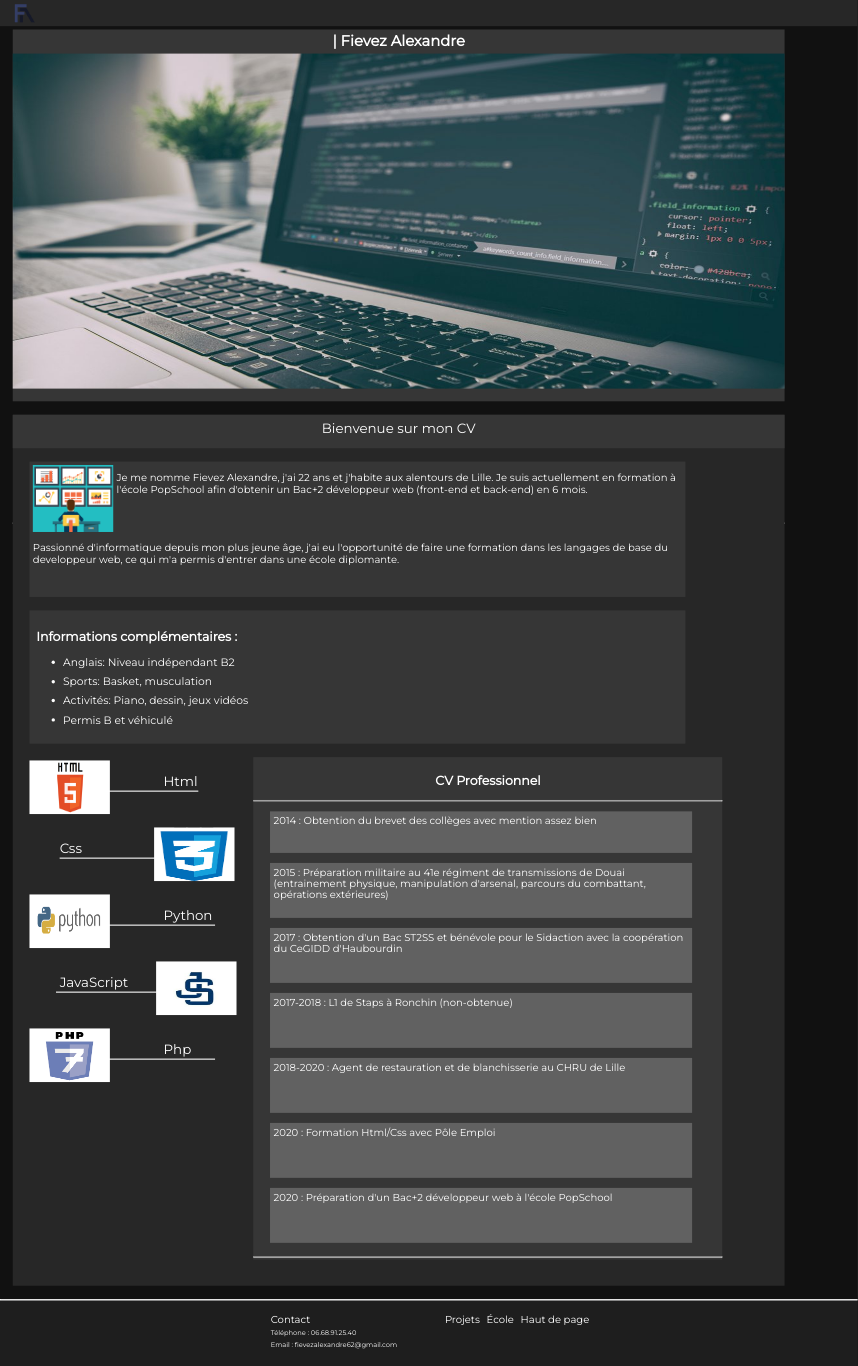
Repository: FvAlex/Cv
Page: index.html
The author's editor kept a copy of each file at every save. The page is drawn from the files as they stood at one save, then again after the next save.
The browser window is 1280 px wide. The pictures show the whole page, at 67% of full size.

Above is the page before, as saved 2021-02-21 13:58:03.

After the next save:
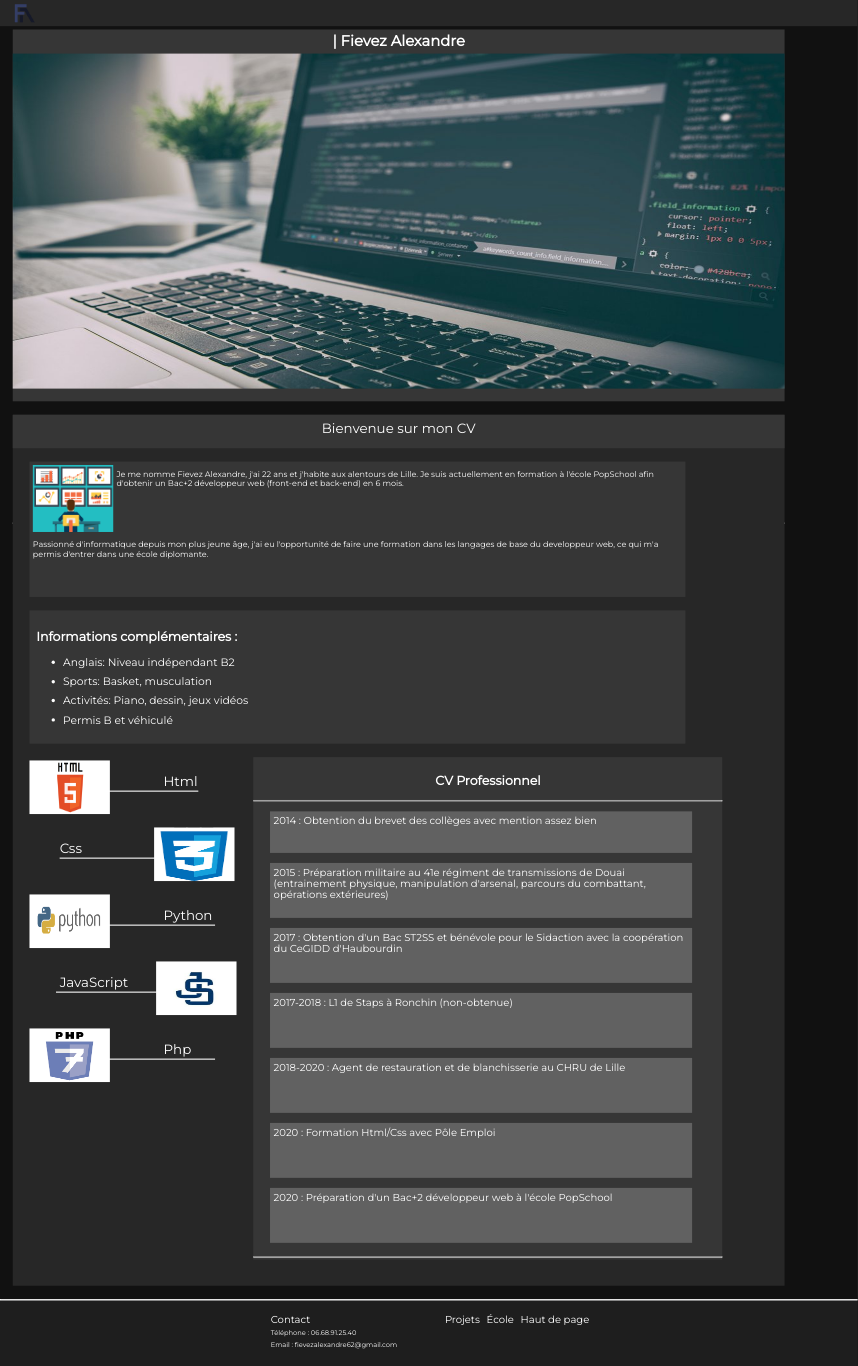
Saved 4 s later.
--- a/style.css
+++ b/style.css
@@ -374,7 +374,7 @@ main {
   }
 
   .main_left {
-    font-size: 15px;
+    font-size: 12px;
   }
 }
 @media screen and (min-width: 400px) {
